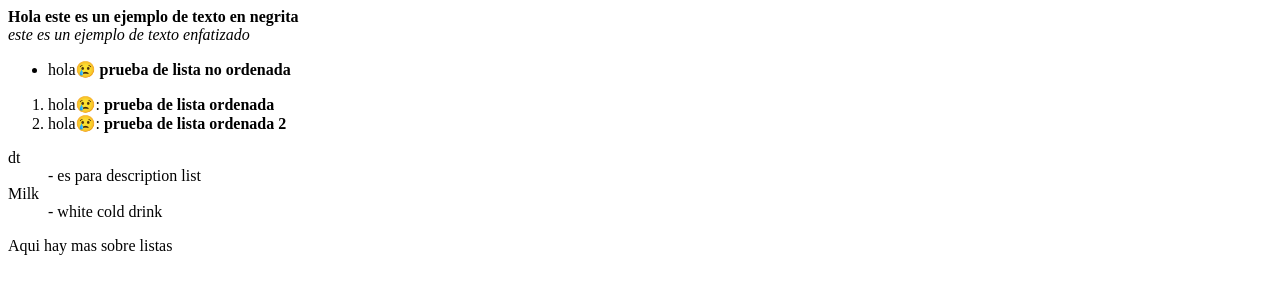
Repository: cesarsant0203/My_Study
Page: Introducción al desarrollo web/listas_enlace_negrita.html
An editor plug-in stored every save of this project. The page is shown before and after the next save, followed by the edit.
The browser window is 1280 px wide. The pictures show the whole page.

Above is the page before, as saved 2020-04-27 13:00:27.

### Introducción al desarrollo web/listas_enlace_negrita.html
<html>

<head>
    <meta charset="utf-8" />
    <title>
        Prueba de listas
    </title>
</head>

<body>
    <strong>Hola este es un ejemplo de texto en negrita</strong> <br/>
    <em>este es un ejemplo de texto enfatizado</em><br/>
    <ul>
        <li>hola😢 <strong>prueba de lista no ordenada</strong></li>
    </ul>
    <ol>
        <li>hola😢: <strong> prueba de lista ordenada</strong>
        </li>
        <li>hola😢: <strong> prueba de lista ordenada 2</strong>
        </li>
    </ol>
    <dl>
        <dt>dt</dt>
        <dd>- es para description list</dd>
        <dt>Milk</dt>
        <dd>- white cold drink</dd>
    </dl>
    <a href: "https://www.w3schools.com/html/html_lists.asp"> Aqui hay mas sobre listas
        </a>

</body>

</html>

After the next save:
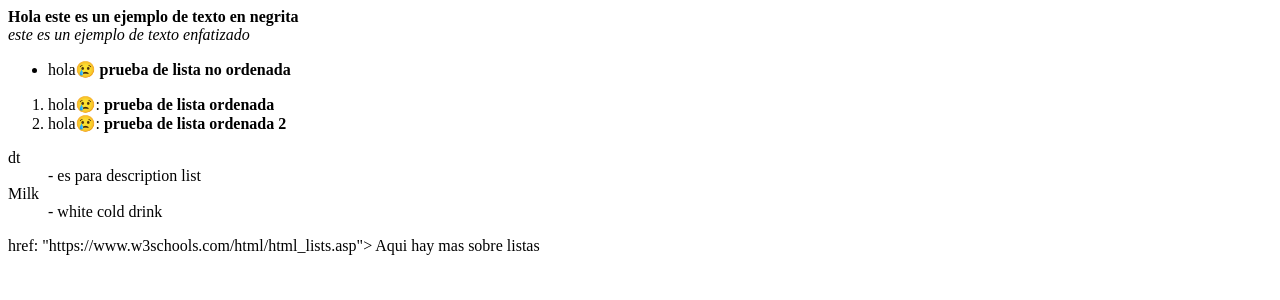
Saved 44 s later.
--- a/Introducción al desarrollo web/listas_enlace_negrita.html
+++ b/Introducción al desarrollo web/listas_enlace_negrita.html
@@ -25,8 +25,8 @@
         <dt>Milk</dt>
         <dd>- white cold drink</dd>
     </dl>
-    <a href: "https://www.w3schools.com/html/html_lists.asp"> Aqui hay mas sobre listas
-        </a>
+    <a></a> href: "https://www.w3schools.com/html/html_lists.asp"> Aqui hay mas sobre listas
+    </a>
 
 </body>
 
